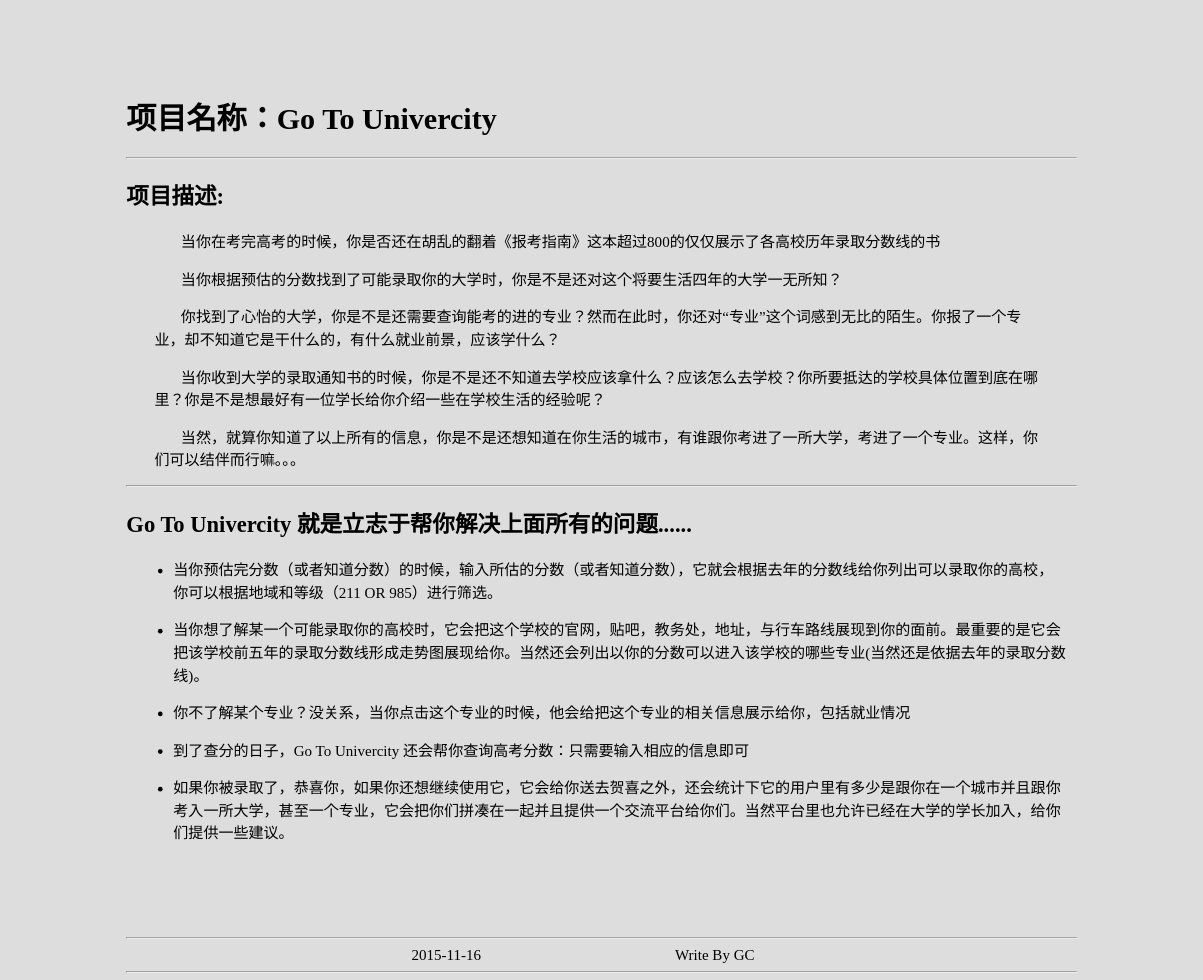
Repository: SUT-GC/GoToUnivercity
Page: http://localhost/GoToUniversity/ideasource/idea.jsp
These files come from the project's save history. The page is drawn as it stood at one moment and after the next save; the edit follows.
The browser window is 1280 px wide. The pictures show the whole page, at 94% of full size.
The page is served by Tomcat 9.

Above is the page before, as saved 2015-11-16 11:46:04.

### GoToUniversity/WebContent/ideasource/idea.jsp
<%@ page language="java" contentType="text/html; charset=UTF-8"
    pageEncoding="UTF-8"%>
<!DOCTYPE html PUBLIC "-//W3C//DTD HTML 4.01 Transitional//EN" "http://www.w3.org/TR/html4/loose.dtd">
<html>
<head>
<meta http-equiv="Content-Type" content="text/html; charset=UTF-8">
<title>Idea Source</title>
<link href="/WebContent/ideasource/css/idea.css" rel="stylesheet" type="text/css"/>
</head>
<body>
	<div class="content">
		<div class="content_head">
			<h1>项目名称：Go To Univercity</h1>
		</div>
		<hr/>
		<div class="content_body">
			<div class="content_body_description">
				<h2>项目描述:</h2>
					<p>&nbsp&nbsp&nbsp&nbsp&nbsp&nbsp  当你在考完高考的时候，你是否还在胡乱的翻着《报考指南》这本超过800的仅仅展示了各高校历年录取分数线的书</p>
					<p>&nbsp&nbsp&nbsp&nbsp&nbsp&nbsp  当你根据预估的分数找到了可能录取你的大学时，你是不是还对这个将要生活四年的大学一无所知？</p>
					<p>&nbsp&nbsp&nbsp&nbsp&nbsp&nbsp  你找到了心怡的大学，你是不是还需要查询能考的进的专业？然而在此时，你还对“专业”这个词感到无比的陌生。你报了一个专业，却不知道它是干什么的，有什么就业前景，应该学什么？</p>
					<p>&nbsp&nbsp&nbsp&nbsp&nbsp&nbsp  当你收到大学的录取通知书的时候，你是不是还不知道去学校应该拿什么？应该怎么去学校？你所要抵达的学校具体位置到底在哪里？你是不是想最好有一位学长给你介绍一些在学校生活的经验呢？</p>
					<p>&nbsp&nbsp&nbsp&nbsp&nbsp&nbsp  当然，就算你知道了以上所有的信息，你是不是还想知道在你生活的城市，有谁跟你考进了一所大学，考进了一个专业。这样，你们可以结伴而行嘛。。。</p>
			</div>
			<hr/>
			<div class="content_body_content">
				<h2>Go To Univercity 就是立志于帮你解决上面所有的问题......</h2>
				<div class="content_body_content_ui">
					<ul>
						<li><p>当你预估完分数（或者知道分数）的时候，输入所估的分数（或者知道分数），它就会根据去年的分数线给你列出可以录取你的高校，你可以根据地域和等级（211 OR 985）进行筛选。</p></li>
						<li><p>当你想了解某一个可能录取你的高校时，它会把这个学校的官网，贴吧，教务处，地址，与行车路线展现到你的面前。最重要的是它会把该学校前五年的录取分数线形成走势图展现给你。当然还会列出以你的分数可以进入该学校的哪些专业(当然还是依据去年的录取分数线)。</p></li>
						<li><p>你不了解某个专业？没关系，当你点击这个专业的时候，他会给把这个专业的相关信息展示给你，包括就业情况</p></li>
						<li><p>到了查分的日子，Go To Univercity 还会帮你查询高考分数：只需要输入相应的信息即可</p></li>
						<li><p>如果你被录取了，恭喜你，如果你还想继续使用它，它会给你送去贺喜之外，还会统计下它的用户里有多少是跟你在一个城市并且跟你考入一所大学，甚至一个专业，它会把你们拼凑在一起并且提供一个交流平台给你们。当然平台里也允许已经在大学的学长加入，给你们提供一些建议。</p></li>
					</ul>
				</div>
			</div>
			<div class="content_tail">

			</div>
		</div>
		<hr/>
		<div class="tail">
			<span class="tail_date">2015-11-16</span>          <span class="tail_writer">Write By GC</span>
		</div>
		<hr/>
	</div>
	</body>
</html>

### GoToUniversity/WebContent/ideasource/css/idea.css
@CHARSET "UTF-8";
body{
	background-color: #DDDDDD;
}
.content{
	width: 80%;
	margin-left: 10%;
	margin-top: 100px;
}
.content_head{

}
.content_body_description > p{
	margin-left: 30px;
	margin-right: 30px;
}
.content_body_content_ui{
	margin-left: 10px;
	margin-right: 10px;
}
.content_tail{
	margin-bottom: 100px;
}
.tail_date{
	margin-left: 30%;
}
.tail_writer{
	margin-left: 20%;
}

After the next save:
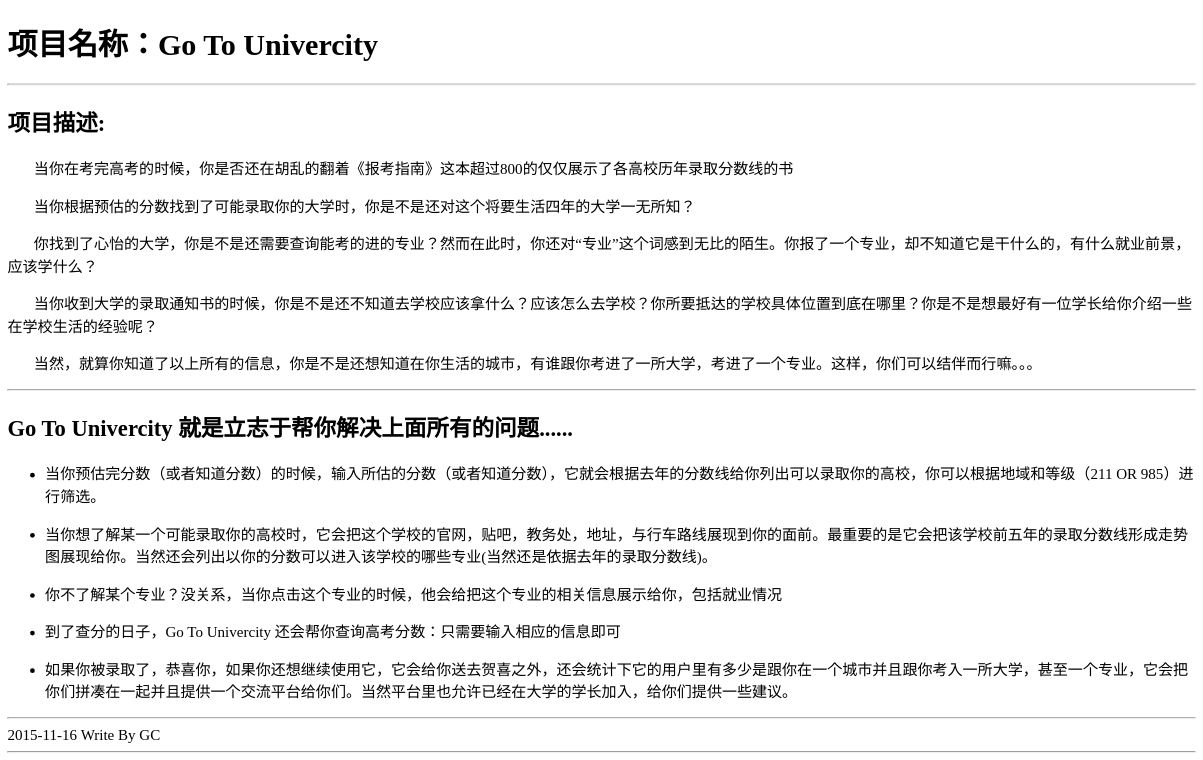
Not found: GoToUniversity/ideasource/css/idea.css
Saved 8 s later.
--- a/GoToUniversity/WebContent/ideasource/idea.jsp
+++ b/GoToUniversity/WebContent/ideasource/idea.jsp
@@ -5,7 +5,7 @@
 <head>
 <meta http-equiv="Content-Type" content="text/html; charset=UTF-8">
 <title>Idea Source</title>
-<link href="/WebContent/ideasource/css/idea.css" rel="stylesheet" type="text/css"/>
+<link href="/ideasource/css/idea.css" rel="stylesheet" type="text/css"/>
 </head>
 <body>
 	<div class="content">

After the 2 saves that followed:
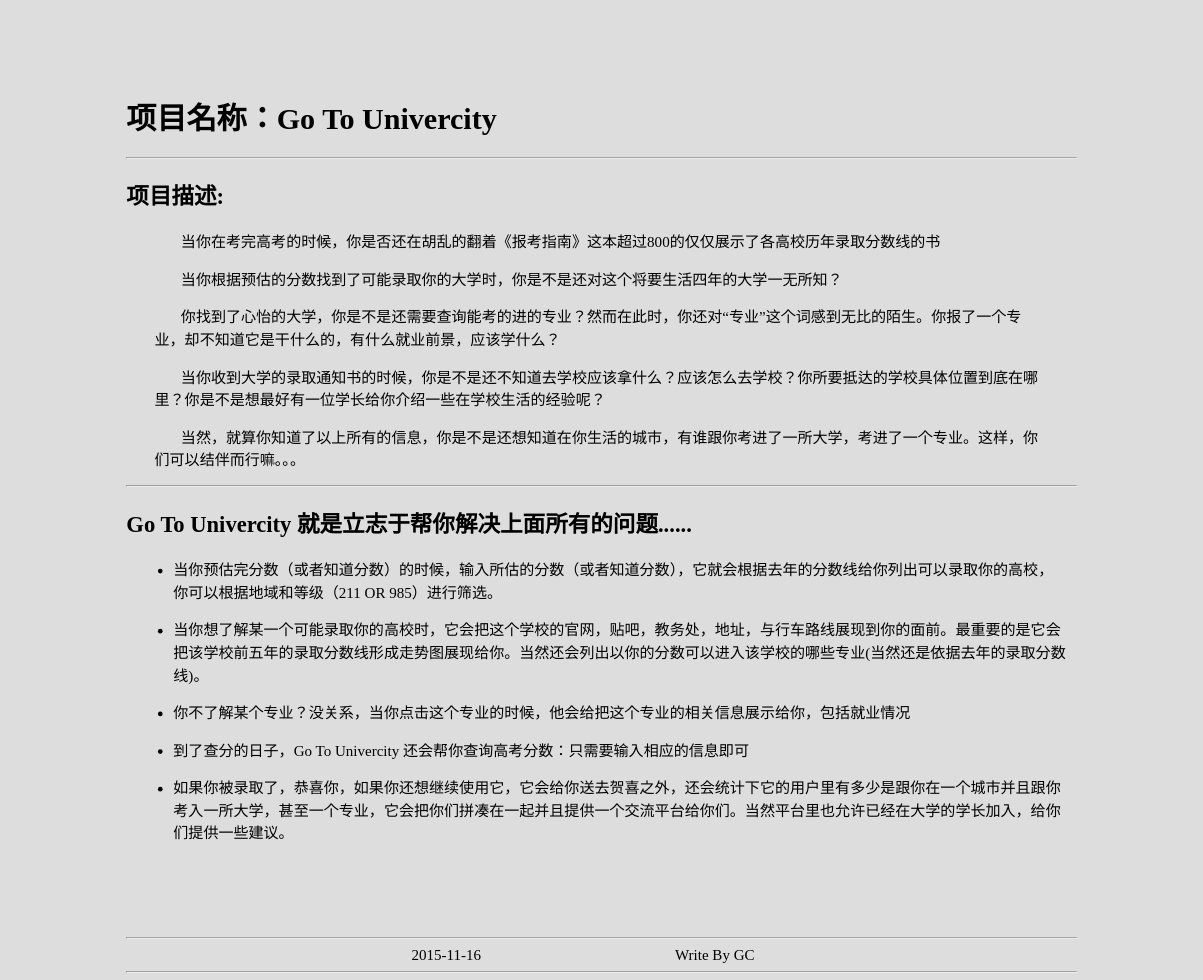
The 2 saves are shown as one change because 1 left the picture as it was.
The last was saved 56 s later.
--- a/GoToUniversity/WebContent/ideasource/idea.jsp
+++ b/GoToUniversity/WebContent/ideasource/idea.jsp
@@ -5,7 +5,11 @@
 <head>
 <meta http-equiv="Content-Type" content="text/html; charset=UTF-8">
 <title>Idea Source</title>
-<link href="/ideasource/css/idea.css" rel="stylesheet" type="text/css"/>
+<!--java 绝对地址 start  -->
+<%
+	String urlp = application.getContextPath()+"/ideasource/";
+%>
+<link href="css/idea.css" rel="stylesheet" type="text/css"/>
 </head>
 <body>
 	<div class="content">
